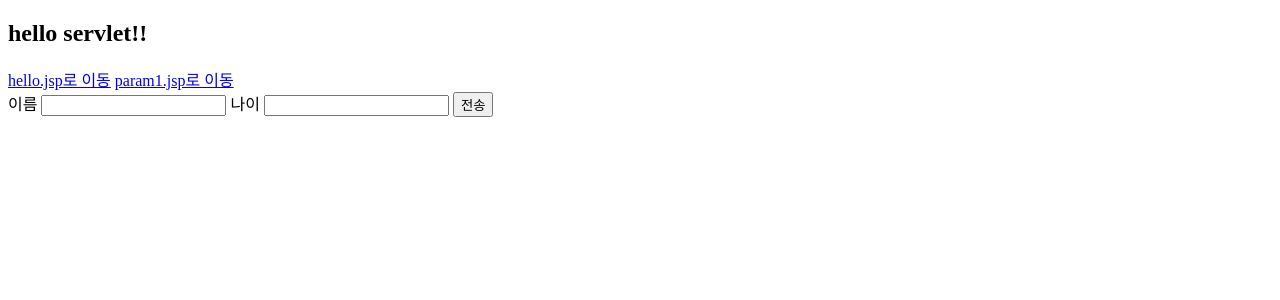
Repository: guguping/finalTestStudy
Page: http://localhost/project_20230727/
The author's editor kept a copy of each file at every save. The page is drawn from the files as they stood at one save, then again after a run of saves.
The browser window is 1280 px wide. The pictures show the whole page.
The page is served by Tomcat 9. Other server files are loaded and not shown.

Above is the page before, as saved 2023-07-27 02:07:58.

### project_20230727/src/main/webapp/index.jsp
<%@ page language="java" contentType="text/html; charset=UTF-8"
    pageEncoding="UTF-8"%>
<!DOCTYPE html>
<html>
<head>
<meta charset="UTF-8">
<title>index.jsp</title>
</head>
<body>
	<h2>hello servlet!!</h2>
	<a href="hello.jsp">hello.jsp로 이동</a>
	<!-- param1.jsp에 get방식으로 p1="안녕" p2="반가워" 를 보내봅시다. -->
	<a href="param1.jsp?p1=안녕&p2=반가워"">param1.jsp로 이동</a>
	<!-- form태그를 이용하여 이름(name), 나이(age)를 각각 입력 받아서
		post 방식으로 param2.jsp로 전송하고 param2.jsp에서 입력값을 출력해 봅시다. -->
	<form method="post" action = "param2.jsp">
	<label for="name">이름</label>
	<input type="text" id="name" name="name">
	<label for="age">나이</label>
	<input type="text" id="age" name="age">
	<button type="submit">전송</button>
	</form>
</body>
</html>

After the next 2 saves:
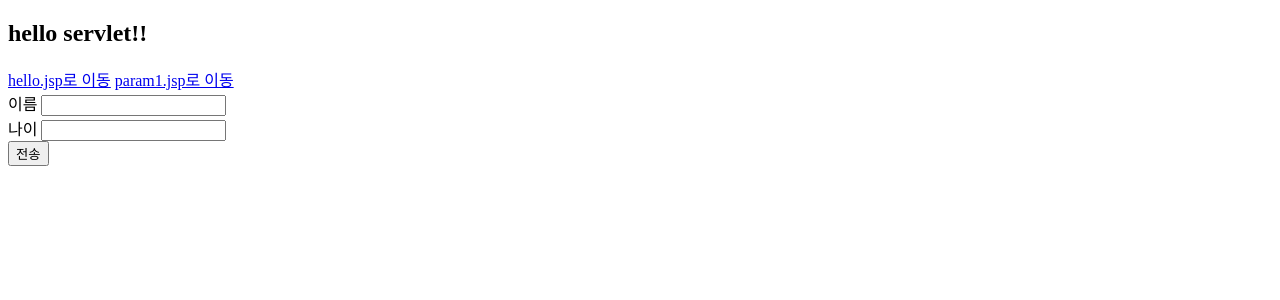
The 2 saves are shown as one change because they came seconds apart.
The last was saved 95 s later.
--- a/project_20230727/src/main/webapp/index.jsp
+++ b/project_20230727/src/main/webapp/index.jsp
@@ -15,9 +15,9 @@
 		post 방식으로 param2.jsp로 전송하고 param2.jsp에서 입력값을 출력해 봅시다. -->
 	<form method="post" action = "param2.jsp">
 	<label for="name">이름</label>
-	<input type="text" id="name" name="name">
+	<input type="text" id="name" name="name"><br>
 	<label for="age">나이</label>
-	<input type="text" id="age" name="age">
+	<input type="text" id="age" name="age"><br>
 	<button type="submit">전송</button>
 	</form>
 </body>
